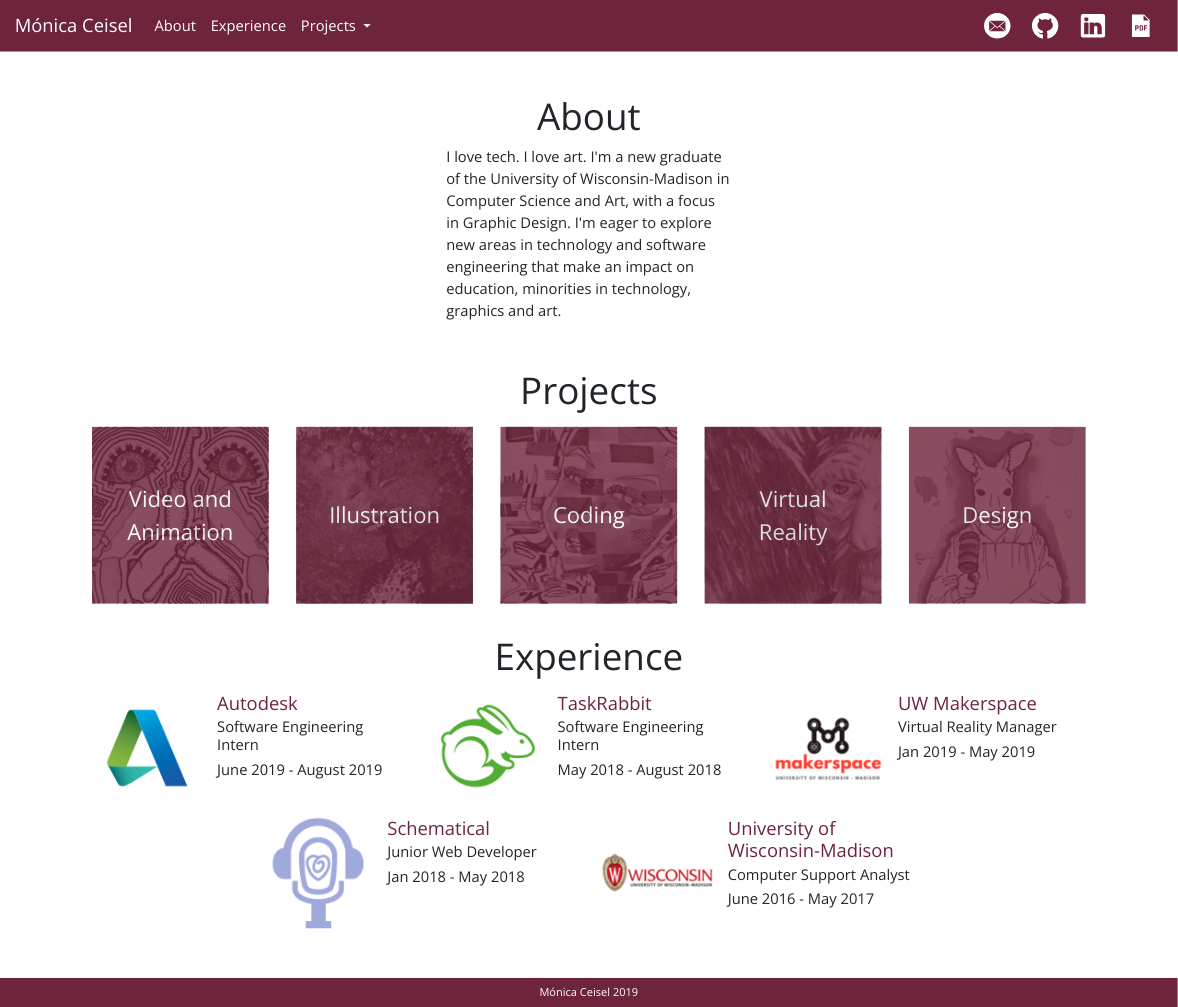
Repository: ceiselm/ceiselm.github.io
Page: index.html
The author's editor kept a copy of each file at every save. The page is drawn from the files as they stood at one save, then again after the next save.
The browser window is 1280 px wide. The pictures show the whole page, at 92% of full size.

Above is the page before, as saved 2019-08-07 23:03:25.

### index.html
<!DOCTYPE html>
<html lang="en">

<head>
  <meta charset="utf-8">
  <meta http-equiv="X-UA-Compatible" content="IE=edge">
  <meta name="viewport" content="width=device-width, initial-scale=1">
  <title>M&oacute;nica Ceisel</title>
  <!-- Bootstrap -->
  <link href="css/bootstrap-4.2.1.css" rel="stylesheet">
  <!-- slick -->
  <link rel="stylesheet" type="text/css" href="slick/slick.css" />
  <!-- Add the new slick-theme.css if you want the default styling -->
  <link rel="stylesheet" type="text/css" href="slick/slick-theme.css" />
  <!-- font -->
  <link href="https://fonts.googleapis.com/css?family=Open+Sans&display=swap" rel="stylesheet">
  <!-- overwrites -->
  <link href="css/home.css" rel="stylesheet">
</head>

<body>
  <main>
    <!-- site navigation component START -->
    <nav class="navbar navbar-expand-lg navbar-dark bg-dark">
      <a class="navbar-brand" href="./index.html">M&oacute;nica Ceisel</a>
      <button class="navbar-toggler" type="button" data-toggle="collapse" data-target="#navbarSupportedContent"
        aria-controls="navbarSupportedContent" aria-expanded="false" aria-label="Toggle navigation">
        <span class="navbar-toggler-icon"></span>
      </button>
      <div class="collapse navbar-collapse" id="navbarSupportedContent">
        <ul class="navbar-nav mr-auto">
          <li class="nav-item">
            <a class="nav-link" href="#startAbout">About</a>
          </li>
          <li class="nav-item">
            <a class="nav-link" href="#startExperience">Experience</a>
          </li>
          <li class="nav-item dropdown">
            <a class="nav-link dropdown-toggle" href="#" id="navbarDropdown" role="button" data-toggle="dropdown"
              aria-haspopup="true" aria-expanded="false">
              Projects
            </a>
            <div class="dropdown-menu" aria-labelledby="navbarDropdown">
              <a class="dropdown-item" href="./subpages/coding.html">Coding</a>
              <div class="dropdown-divider"></div>
              <a class="dropdown-item" href="./subpages/illustration.html">Illustration</a>
              <a class="dropdown-item" href="./subpages/design.html">Design</a>
              <a class="dropdown-item" href="./subpages/virtualreality.html">Virtual Reality</a>
              <a class="dropdown-item" href="./subpages/videoandanimation.html">Video and Animation</a>
            </div>
          </li>
        </ul>
      </div>
      <!--		HAVE ICONS APPEAR ON BOTTOM FOR RESPONSIVE!-->
      <div class="navabar navbar-collapse">
        <ul class="navbar-nav ml-auto">
          <li class="nav-item">
            <a target="_blank" href="mailto:ceiselm@gmail.com"><img class="contact-icon" src="images/social/mail.svg"
                title="ceiselm@gmail.com" alt="mail"></a>
            <a target="_blank" href="https://github.com/ceiselm"><img class="contact-icon" src="images/social/github.svg"
                title="ceiselm" alt="github"></a>
            <a target="_blank" href="https://www.linkedin.com/in/monicaceisel/"><img class="contact-icon" src="images/social/linkedin.svg"
                title="monicaceisel" alt="linkedin"></a>
            <!-- <a target="_blank" href="https://twitter.com/Momonimations"><img class="contact-icon" src="images/social/twitter.svg" title="Momonimations" alt="twitter"></a> -->
            <a target="_blank" href="https://drive.google.com/file/d/1Cxu938UaEI__a5fxJjOS7-iBWBv4FZOx/view?usp=sharing"><img
                class="contact-icon" src="images/social/pdf.svg" title="Resume" alt="resume"></a>
          </li>
        </ul>
      </div>
    </nav>
    <!-- site navigation component END -->
    <!-- <hr> -->
    <!-- about START -->
    <div class="portion">
        <div class="container">
            <div class="row justify-content-center">
                <div class="col-6">
      <section>
        <div class="text-center mt-2">
          <div class="container">
            <div class="row">
              <div class="col-12">
                <h1 id="startAbout">About</h1>
                <div class="container">
                  <div class="row justify-content-center">
                    <div class="col col-md-8">
                      <p align="left">I love tech. I love art. I'm a new graduate of the University of Wisconsin-Madison
                        in Computer Science and Art,
                        with a focus in Graphic Design. I'm eager to explore new areas in technology and software
                        engineering that
                        make an impact on education, minorities in technology, graphics and art.
                      </p>
                    </div>
                  </div>
                </div>
                <!-- noteworthy articles -->
                <!--				https://insider.windows.com/en-us/community-news/how-this-coder-artist-grew-superpowers-to-create/-->
                <!--				https://insider.windows.com/en-us/community-news/extraordinary-women-in-computing/-->

                <!-- <div class="wrapper"> -->
                <!-- <div class="portion">
                  <div class="row align-items-center">
                  <div class="container col-lg-10 col-md-10">
                  <div class="slides">
                    <div><img class="slide-item col-sx-4" src="images/carousel/Microsoft.png" alt="First slide"><a class="highlight" href="https://insider.windows.com/en-us/community-news/how-this-coder-artist-grew-superpowers-to-create/">Microsoft Women
                      in Computing Award Winner</a></div>
                    <div><img class="slide-item col-sx-4" src="images/carousel/Target.jpg" alt="Second slide">1st Place for the
                      Target Women in Tech Symposium Hackathon</div>
                    <div><img class="slide-item col-sx-4" src="images/carousel/TaskRabbit.jpg" alt="Third slide">Software
                      Engineering Internship at TaskRabbit</div>
                    </div>
                  </div>
                </div> -->
              </div>
              </div>
            </div>
          </div>
        </div>
      </section>
    </div>
    <!-- about END -->
    <!-- <hr> -->
    <!-- projects START -->
    <div class="portion">
      <section>
        <div class="container">
          <div class="row">
            <div class="col-12 text-center">
              <h1>Projects</h1>
              <!-- <p>Lorem ipsum dolor sit amet, consectetur adipisicing elit. Officia, et, placeat !</p> -->
            </div>
          </div>
          <div class="row mt-2">

            <div class="col-md mt-md-0 mt-1">
              <a href="./subpages/videoandanimation.html">
                <img class="image img-fluid float-right" src="images/buttons/Button03.png" alt="Video and Animation" href="#">
                <div class="overlay">
                  <div class="text">Video and Animation</div>
                </div>
              </a>
            </div>

            <div class="col-md mt-md-0 mt-1">
              <a href="./subpages/illustration.html">
                <img class="image img-fluid float-left" src="images/buttons/Button01.png" alt="Illustration">
                <div class="overlay">
                  <div class="text">Illustration</div>
                </div>
              </a>
            </div>

            <div class="col-md mt-md-0 mt-1">
              <a href="./subpages/coding.html">
                <img class="image img-fluid float-left" src="images/buttons/Button05.png" alt="Coding" href="#">
                <div class="overlay">
                  <div class="text">Coding</div>
                </div>
              </a>
            </div>
            <div class="col-md mt-md-0 mt-1">
              <a href="./subpages/virtualreality.html">
                <img class="image img-fluid float-right" src="images/buttons/Button04.png" alt="Virtual Reality" href="#">
                <div class="overlay">
                  <div class="text">Virtual Reality</div>
                </div>
              </a>
            </div>
            <div class="col-md mt-md-0 mt-1">
              <a href="./subpages/design.html">
                <img class="image img-fluid float-left" src="images/buttons/Button02.png" alt="Design" href="#">
                <div class="overlay">
                  <div class="text">Design</div>
                </div>
              </a>
            </div>
          </div>
        </div>
      </section>
    </div>
  <!-- projects END -->
    <!-- experience START -->
    <!-- <hr> -->
    <div class="portion">
      <section>
        <div class="container">
          <div class="row">
            <div class="col-12 text-center">
              <h1 id="startExperience">Experience</h1>
              <!-- <p>Lorem ipsum dolor sit amet, consectetur adipisicing elit. Quibusdam, magni, doloribus, possimus eum sapiente deleniti doloremque fugit ut expedita molestiae iusto debitis eveniet modi obcaecati ipsam quos quis labore dicta.</p> -->
            </div>
          </div>
        </div>
      </section>
      <section>
        <div class="container mt-2">
          <div class="row align-items-center">
            <div class="col-md-4 col-12">
              <ul class="list-unstyled">
                <li class="media">
                  <img class="mr-3" src="images/companies/120px-Autodesk_logo.svg.png" alt="Autodesk">
                  <div class="media-body">
                    <h5 class="mt-0 mb-1"><a href="https://www.autodesk.com/">Autodesk</a></h5>
                    <h6>Software Engineering Intern</h6>
                    <h6>June 2019 - August 2019</h6>
                  </div>
                </li>
              </ul>
            </div>
            <div class="col-md-4 col-12">
              <ul class="list-unstyled">
                <li class="media">
                  <img class="mr-3" src="images/companies/taskrabbit_logo.png" alt="TaskRabbit">
                  <div class="media-body">
                    <h5 class="mt-0 mb-1"><a href="https://www.taskrabbit.com/">TaskRabbit</a></h5>
                    <h6>Software Engineering Intern</h6>
                    <h6>May 2018 - August 2018</h6>
                  </div>
                </li>
              </ul>
            </div>
            <div class="col-md-4 col-12">
              <ul class="list-unstyled">
                <li class="media">
                  <img class="mr-3" src="images/companies/makerspacelogo.png" alt="Makerspace">
                  <div class="media-body">
                    <h5 class="mt-0 mb-1"><a href="https://making.engr.wisc.edu/">UW Makerspace</a></h5>
                    <h6>Virtual Reality Manager</h6>
                    <h6>Jan 2019 - May 2019</h6>
                  </div>
                </li>
              </ul>
            </div>
          </div>
        <!-- second row -->
        <div class="row">
          <div class="container col-lg-8 col-md-8 col-sm-12 col-xs-12">
                    <div class="row">
            <div class="col">
              <ul class="list-unstyled">
                <li class="media">
                  <img class="mr-3" src="images/companies/castdex_logo.png" alt="Schematical">
                  <div class="media-body">
                    <h5 class="mt-0 mb-1">Schematical</h5>
                    <h6>Junior Web Developer</h6>
                    <h6>Jan 2018 - May 2018</h6>
                  </div>
                </li>
              </ul>
            </div>
            <div class="col">
              <ul class="list-unstyled">
                <li class="media">
                  <img class="mr-3" src="images/companies/uwmadison.png" alt="University of Wisconsin-Madison">
                  <div class="media-body">
                    <h5 class="mt-0 mb-1"><a href="">University of Wisconsin-Madison</a></h5>
                    <h6>Computer Support Analyst</h6>
                    <h6>June 2016 - May 2017</h6>
                  </div>
                </li>
              </ul>

            </div>
            <div>
          </div>
          </div>

        </div>
      </section>
    </div>
  </div>
  </div>
</div>
</div>
  <!-- experience END -->
  </main>
  <!-- footer START -->
  <div class="portion">
    <div class="footer">
      <div class="container h-100">
        <div class="row h-100 justify-content-center align-items-center footer-text">
          <div class="col-12 text-center">
            M&oacute;nica Ceisel 2019
          </div>
        </div>
      </div>
    </div>
  </div>
  <!-- footer END -->
  <!-- jQuery (necessary for Bootstrap's JavaScript plugins) -->
  <script src="js/jquery-3.3.1.min.js"></script>
  <!-- Include all compiled plugins (below), or include individual files as needed -->
  <script src="js/popper.min.js"></script>
  <script src="js/bootstrap-4.2.1.js"></script>
  <script src="js/index.js"></script>
  <!-- slick -->
  <script type="text/javascript" src="slick/slick.min.js"></script>
</body>

</html>

### css/home.css
@charset "utf-8";
/* CSS Document */

body {
  font-family: 'Open Sans', sans-serif;
}

main {
  padding-bottom: 2rem;
}

.footer {
  left: 0;
  bottom: 0;
  width: 100%;
  background-color: #6E243B;
  color: white;
  text-align: center;
  height: 2rem;
  position: relative;
  margin-top: -2rem;
  clear: both;
}

.footer-text {
  font-size: .75rem;
}

.contact-icon {
    height: 1.8em;
    width: 3em;

}

.contact-icon:hover {
    position: relative;
	opacity: .8;
}

.bg-dark {
  background-color: #6E243B !important;
}

.navbar-dark .navbar-nav .nav-link {
    color: rgba(255, 255, 255, 255);
}

h5 {
	color: #6E243B;
}

h5:hover, h5:link, h5:focus {
	color: #EDA200;
}

a {
	text-decoration: none !important;
	color: inherit;
}

a:hover, a:link, a:focus {
	color: inherit;
}

.image {
  position:relative;
  display: block;
  width: 100%;
  height: auto;
  opacity: 0.9;
  transition: 1s ease;
  -webkit-filter: grayscale(100%); /* Safari 6.0 - 9.0 */
  filter: grayscale(100%);
}

.overlay {
  position: relative;
  top: 0;
  bottom: 0;
  left: 0;
  right: 0;
  height: 100%;
  width: 100%;
  opacity: 0.8;
  background-color: #6E243B;
}

.col-md:hover .image {
  opacity: 1;
  -webkit-filter: grayscale(0%); /* Safari 6.0 - 9.0 */
  filter: grayscale(0%);
}

.col-md:hover .overlay {
  opacity: 0;
}


.text {
  color: white;
  font-size: 18pt;
  position: absolute;
  top: 50%;
  left: 50%;
  opacity: 1 !important;
  -webkit-transform: translate(-50%, -50%);
  -ms-transform: translate(-50%, -50%);
  transform: translate(-50%, -50%);
  text-align: center;
}


.slide-item {
  width: 100%;
}


.slick-prev:before {
  color: #6E243B;
}

.slick-next:before {
  color: #6E243B;
}

.slick-dots li.slick-active button::before {
  color: #6E243B;
}

.slick-dots li button::before {
  color: #6E243B;
}

.portion {
  padding-top: 3%;
}

.google-slides-container{
  position: relative;
  width: 100%;
  padding-top: 60%;
  overflow: hidden;
}

.google-slides-container iframe{
  position: absolute;
  top: 0;
  left: 0;
  width: 100%;
  height: 100%;
}

### js/index.js
$(document).ready(function(){
  $('.slides').slick({
    centerMode: true,
    centerPadding: '60px',
    slidesToShow: 1,
    slidesToScroll: 1,
    adaptiveHeight: true,
    dots: true,
    arrows: true,
    variableWidth: true,
    autoplay: true,
    autoplaySpeed: 2000,
    responsive: [
      {
        breakpoint: 768,
        settings: {
          arrows: false,
          centerMode: true,
          centerPadding: '40px',
          slidesToShow: 1
        }
      },
      {
        breakpoint: 480,
        settings: {
          arrows: false,
          centerMode: true,
          centerPadding: '40px',
          slidesToShow: 1
        }
      }
    ]

  });
});

Loaded but not shown: css/bootstrap-4.2.1.css (library); slick/slick.css (common file); slick/slick-theme.css (library); js/jquery-3.3.1.min.js (library); js/popper.min.js (library); js/bootstrap-4.2.1.js (library); slick/slick.min.js (library)

After the next save:
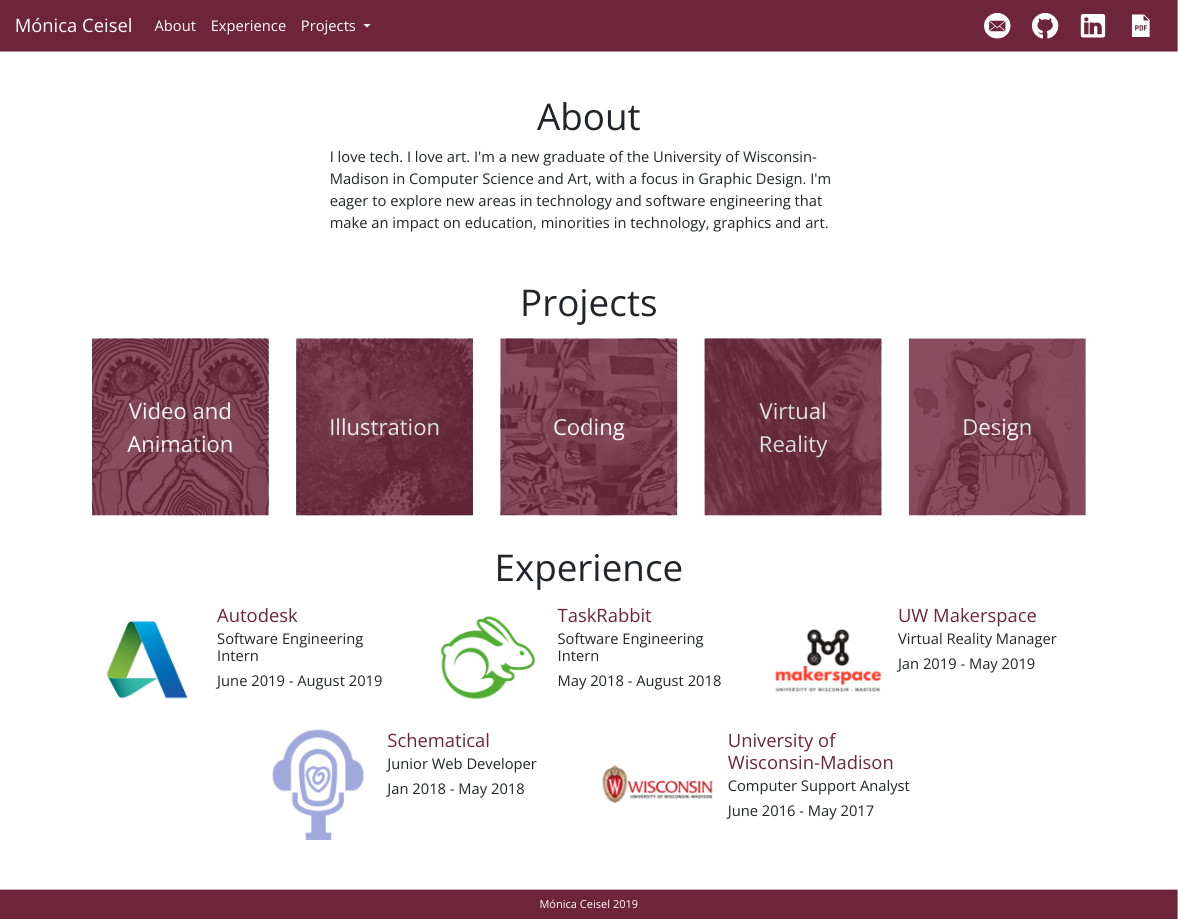
Saved 7 s later.
--- a/index.html
+++ b/index.html
@@ -74,7 +74,7 @@
     <div class="portion">
         <div class="container">
             <div class="row justify-content-center">
-                <div class="col-6">
+                <div class="col-10">
       <section>
         <div class="text-center mt-2">
           <div class="container">
